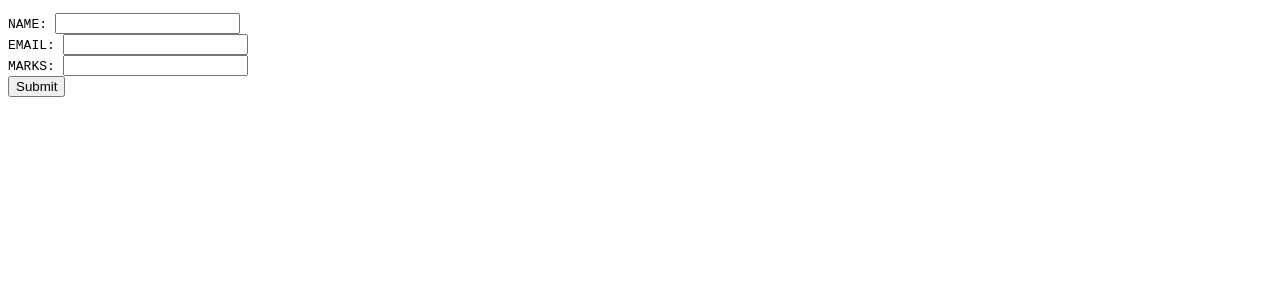
Repository: somakbha/CodeBackUP
Page: J2EE-Practice/ValidationFilter/WebContent/index.html
The author's editor kept a copy of each file at every save. The page is drawn from the files as they stood at one save, then again after the next save.
The browser window is 1280 px wide. The pictures show the whole page.

Above is the page before, as saved 2019-06-02 13:05:40.

After the next save:
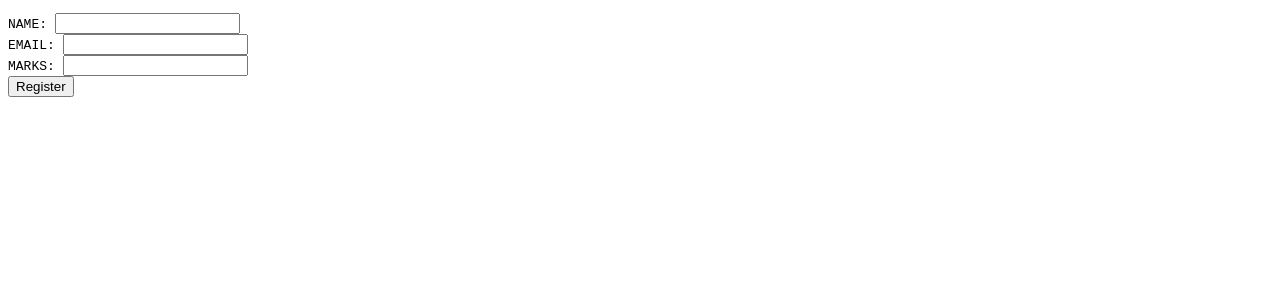
Saved 32 s later.
--- a/J2EE-Practice/ValidationFilter/WebContent/index.html
+++ b/J2EE-Practice/ValidationFilter/WebContent/index.html
@@ -11,7 +11,7 @@
 NAME: <input type="text" name="name">
 EMAIL: <input type="text" name="email">
 MARKS: <input type="text" name="marks">
-<input type="submit" name="submit">
+<input type="submit" value="Register">
 
 </pre>
 
